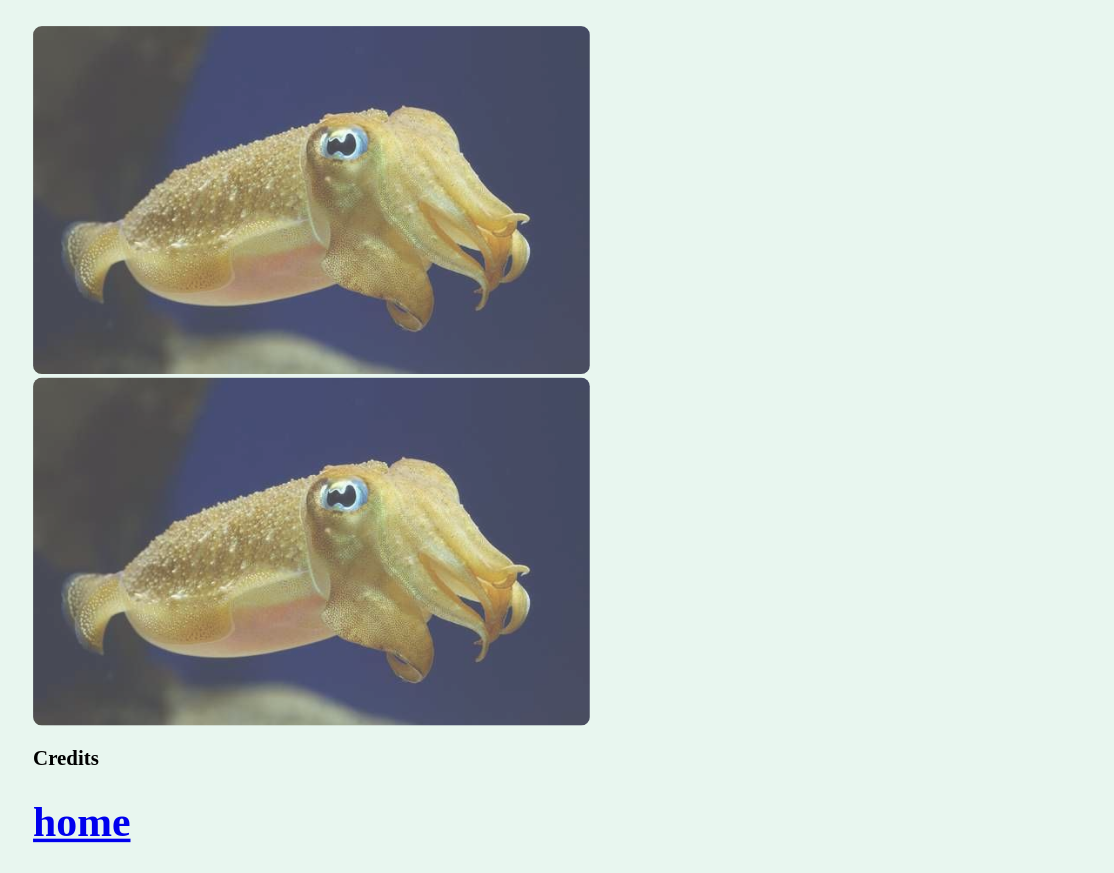
Repository: neomort/comm-lab-vid-site
Page: credits.html
The author's editor kept a copy of each file at every save. The page is drawn from the files as they stood at one save, then again after the next save.
The browser window is 1280 px wide. The pictures show the whole page, at 87% of full size.

Above is the page before, as saved 2021-09-23 02:38:42.

After the next save:
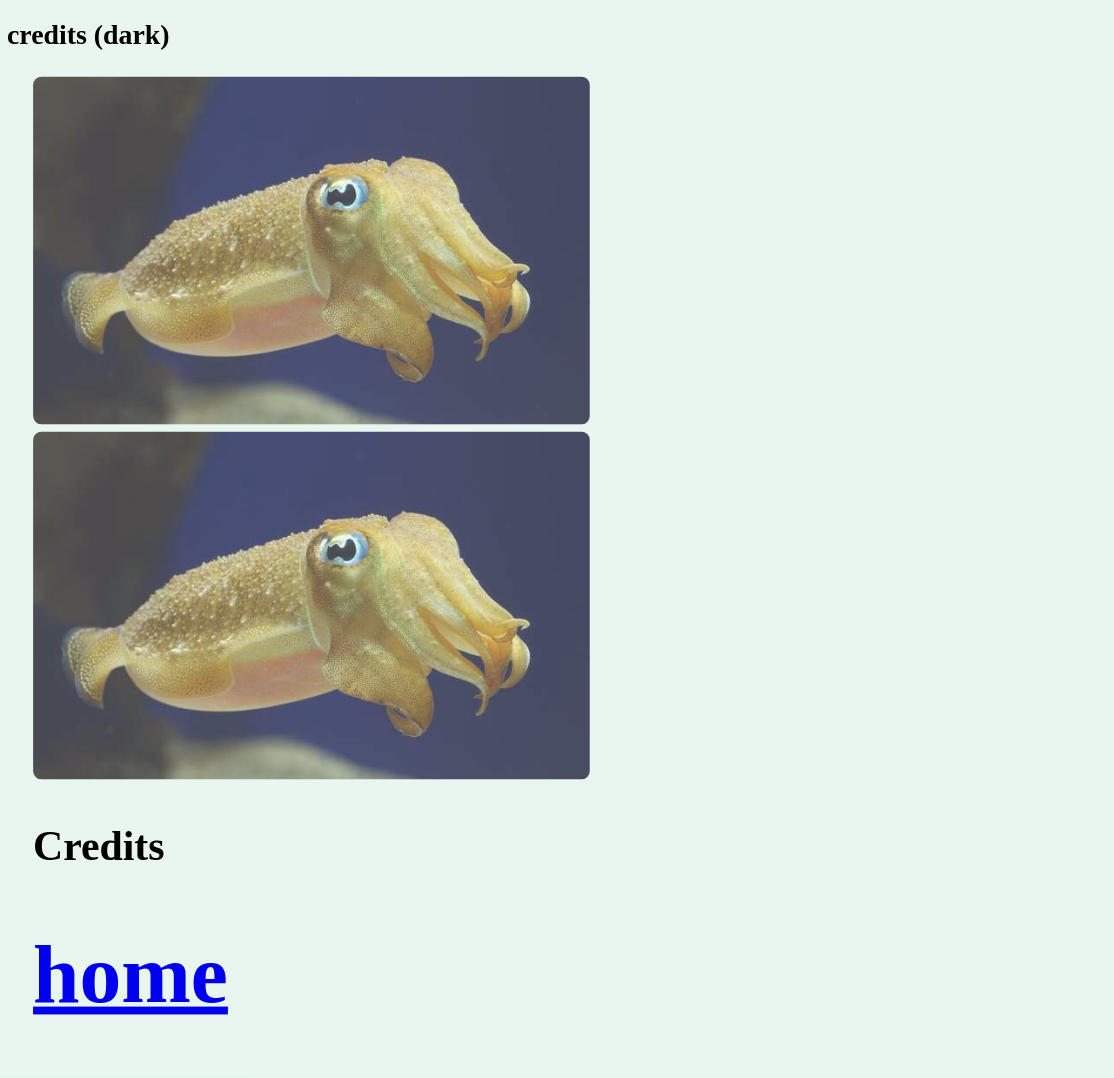
Saved 67 s later.
--- a/credits.html
+++ b/credits.html
@@ -8,6 +8,7 @@
 
 <body class="bg-2">
   <div >
+    <H1>credits (dark)<H1>
     <div class="default-margin">
       <div class="row">
         <a href="watch.html">
